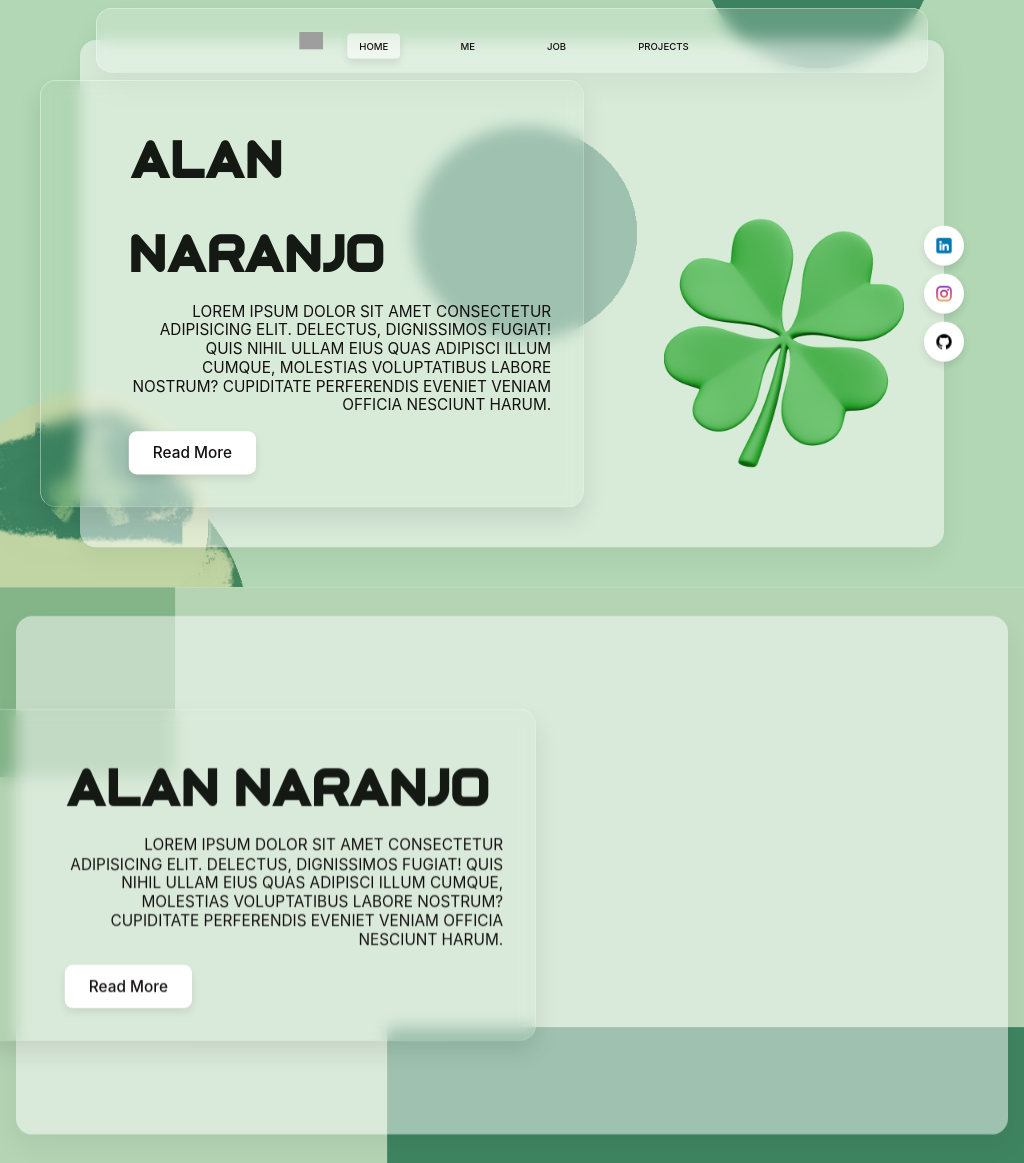
Repository: L-A-M-J-O/Me-sitio-Web
Page: / (app in my-project/)
An editor plug-in stored every save of this project. The page is shown before and after the next save, followed by the edit.
The browser window is 1280 px wide. The pictures show the whole page, at 80% of full size.
Pictures or frames that could not be fetched are drawn as grey boxes. Backgrounds fixed to the window are drawn as part of the page. The project was rebuilt for these pictures with package versions that can differ from the ones it lists, and the page was loaded fresh each time.

Above is the page before, as saved 2022-09-19 17:12:15.

After the next save:
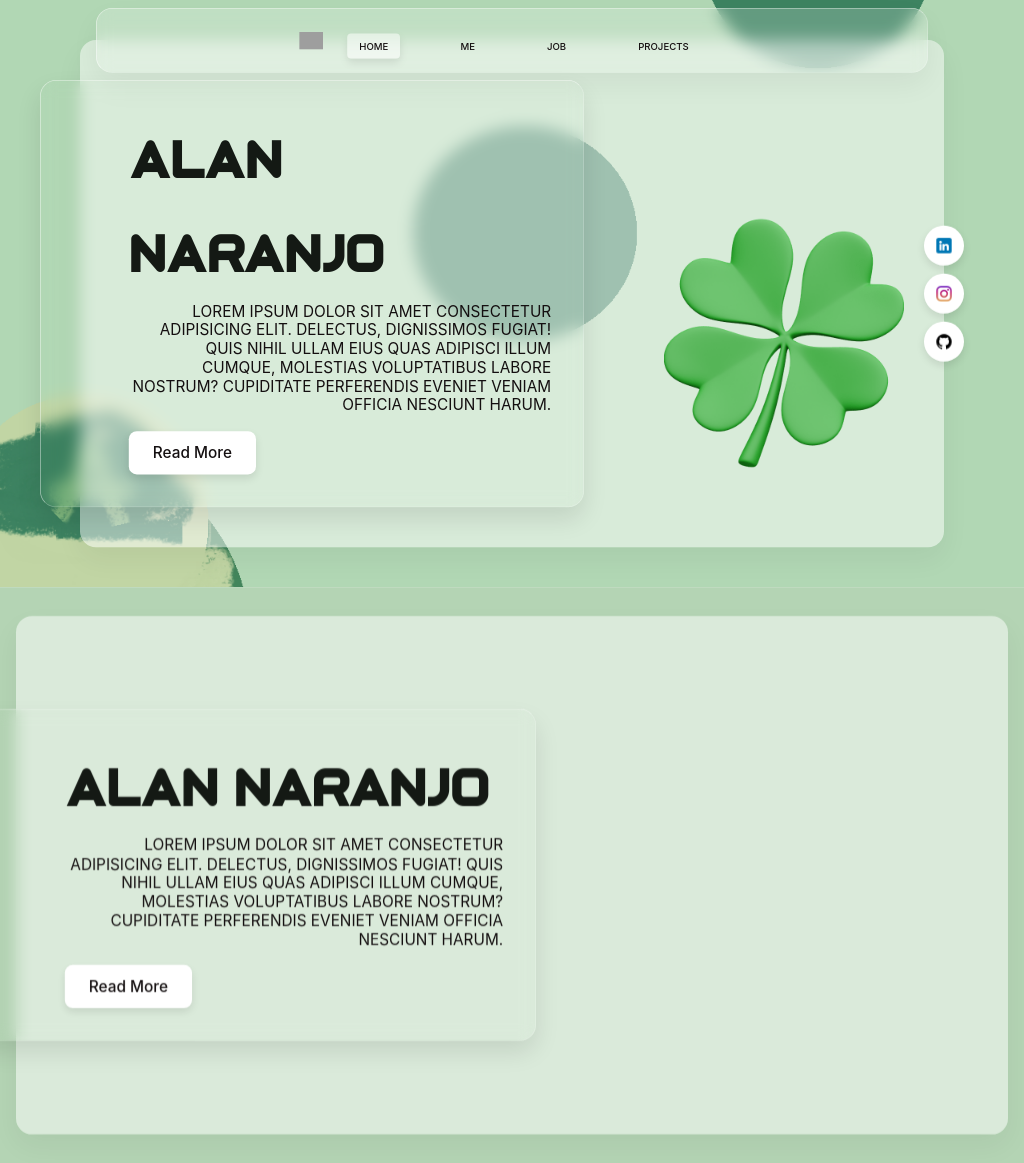
Saved 54 s later.
--- a/my-project/src/components/Me/Me.css
+++ b/my-project/src/components/Me/Me.css
@@ -3,7 +3,7 @@
     justify-content: center;
     align-items: center;
     min-height: 100vh;
-    background-image: url(../../assets/img/banner1.png);
+    background-color: #B4D4B4;
     background-position: center;
     background-attachment: fixed;
     padding: 20px;
